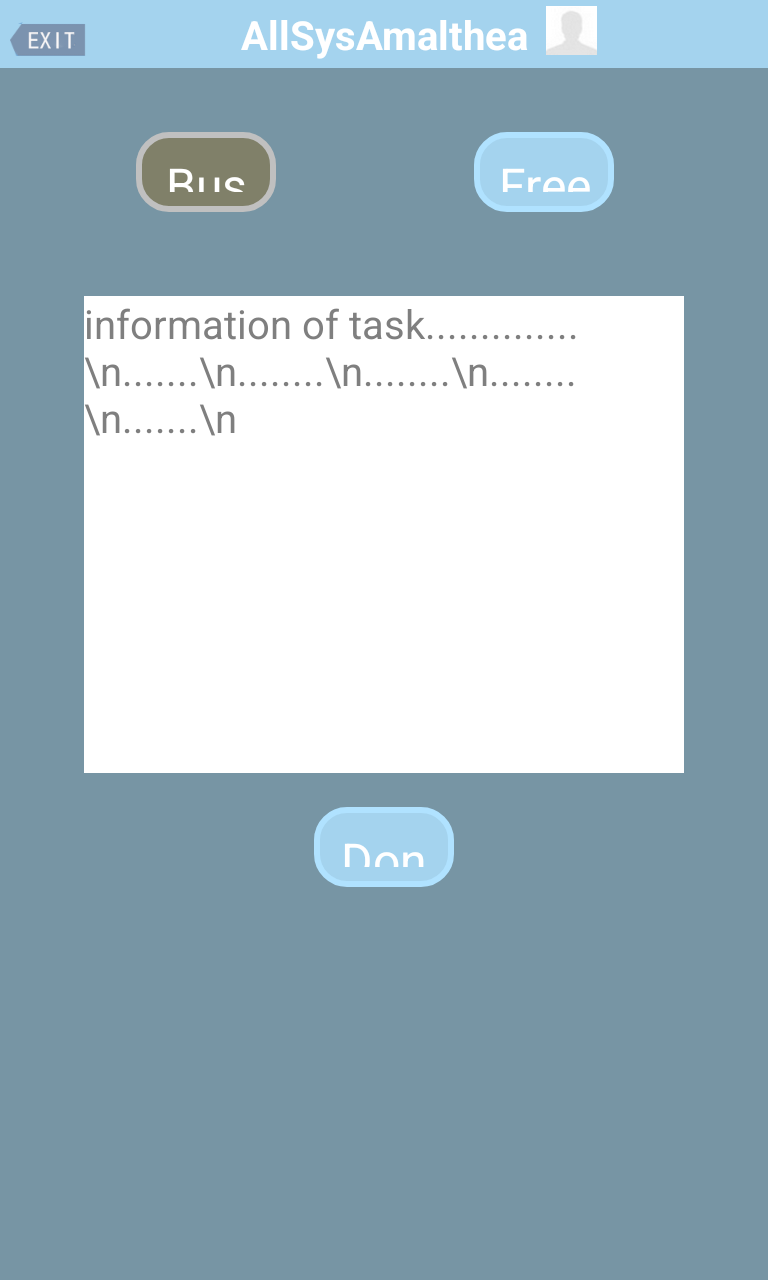
Repository: AllSysAmalthea/AllSys
Layout: APP/AppUI code/代码/Allsys/res/layout/activity_search.xml
These files come from the project's save history. The layout is drawn as it stood at one moment and after the next save; the edit follows.
It is drawn on a 768 x 1280 px phone screen (xhdpi) without system bars, with theme android:Theme.NoTitleBar; the app's code is not run.

Above is the layout before, as saved 2015-06-06 07:19:45.

After the next save:
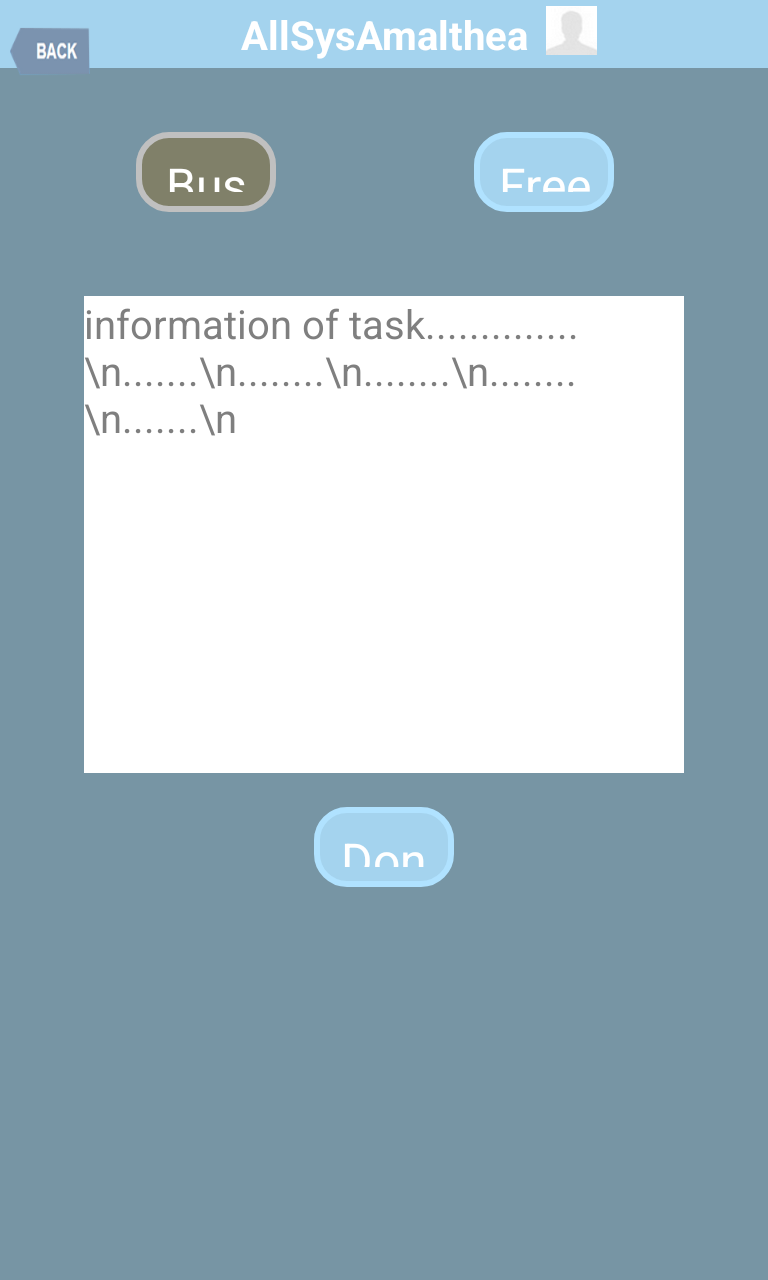
Saved 38 s later.
--- a/APP/AppUI code/代码/Allsys/res/layout/activity_search.xml
+++ b/APP/AppUI code/代码/Allsys/res/layout/activity_search.xml
@@ -33,7 +33,7 @@
             android:layout_height="80px"
             android:layout_x="5dp"
             android:layout_y="4dp"
-            android:background="@drawable/exit" />
+            android:background="@drawable/pic2" />
 
         <ImageButton
             android:id="@+id/user"
